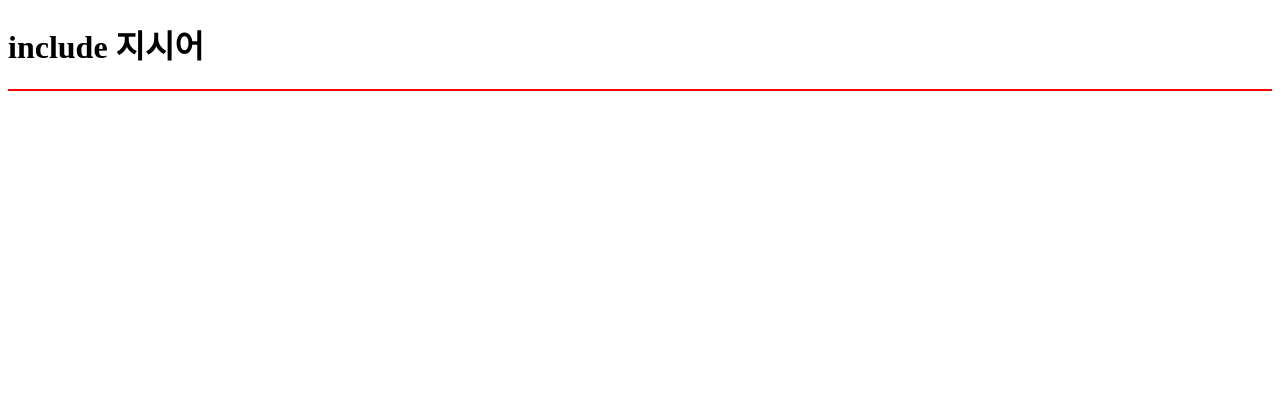
Repository: kkh1396/kh_front
Page: http://localhost/2_jsp/views/1_Basic/4_directiveInclude.jsp
These files come from the project's save history. The page is drawn as it stood at one moment and after the next save; the edit follows.
The browser window is 1280 px wide. The pictures show the whole page.
The page is served by Tomcat 9. Other server files are loaded and not shown.

Above is the page before, as saved 2025-03-20 02:30:31.

### 05_server/2_jsp/src/main/webapp/views/1_Basic/4_directiveInclude.jsp
<%@ page language="java" contentType="text/html; charset=UTF-8"
    pageEncoding="UTF-8"%>
<!DOCTYPE html>
<html>
<head>
<meta charset="UTF-8">
<title>JSP - include</title>
</head>
<body>

    <h1>include 지시어</h1>

    <div style= "border : 1px solid red">


    </div>

</body>
</html>

### 05_server/2_jsp/src/main/webapp/views/1_Basic/2_scriptElement.jsp
<%@ page language="java" contentType="text/html; charset=UTF-8"
    pageEncoding="UTF-8"%>
<!DOCTYPE html>
<html>
<head>
<meta charset="UTF-8">
<title>JSP 스크립트 원소</title>
</head>
<body>
     <h1>스크립트 원소(문법)</h1>

     <%
        /*
          스크립틀릿 : 해당 영역 내에서는 자바 코드 작성 가능
        */

        int sum = 0; // 변수 선언

        // 제어문 사용
        for(int i=1 ; i<=100; i++ ){
            sum += i;
        }
     %>

     <p>
         화면에 출력 <br>
          - 표현식을 사용하여 출력 : <%= sum %> <br>
          - 스크립틀릿을 사용하여 출력 : <% out.println(sum); %>
          <%-- out : jsp 내장 객체 (PrintWriter 타입) --%>
     </p>


	 <%
	  	 String[] sArr = {"딸기","사과","귤","참외"};

	 %>

	<h5>배열 길이 :
	     <%= sArr.length %>
	 </h5>
	<h5>배열 담긴 값 :
	     <%= String.join("/ ", sArr) %>
	</h5>


</body>
</html>

After the next save:
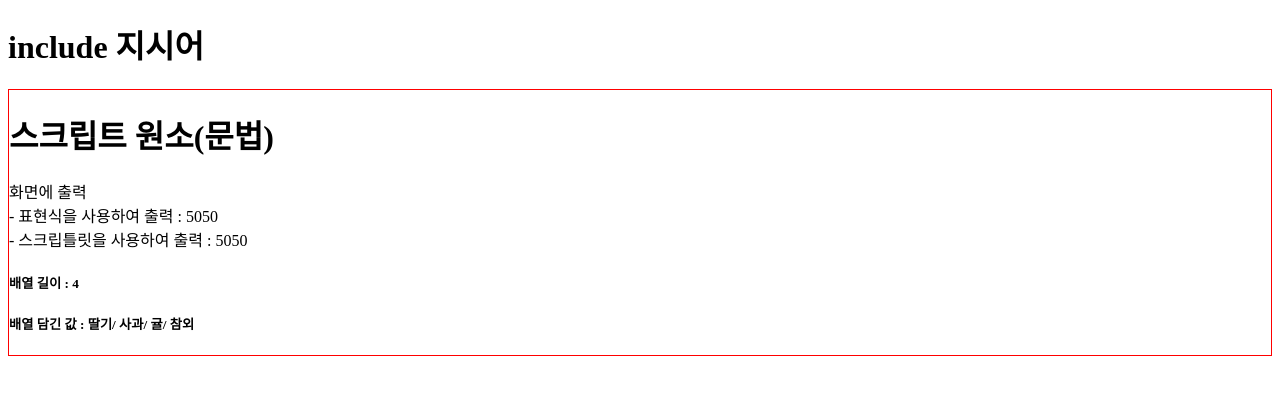
Saved 35 s later.
--- a/05_server/2_jsp/src/main/webapp/views/1_Basic/4_directiveInclude.jsp
+++ b/05_server/2_jsp/src/main/webapp/views/1_Basic/4_directiveInclude.jsp
@@ -10,7 +10,8 @@
 
     <h1>include 지시어</h1>
 
-    <div style= "border : 1px solid red">
+    <div style= "border : 1px solid red;">
+    		<%@ include file="2_scriptElement.jsp" %>
 
 
     </div>
